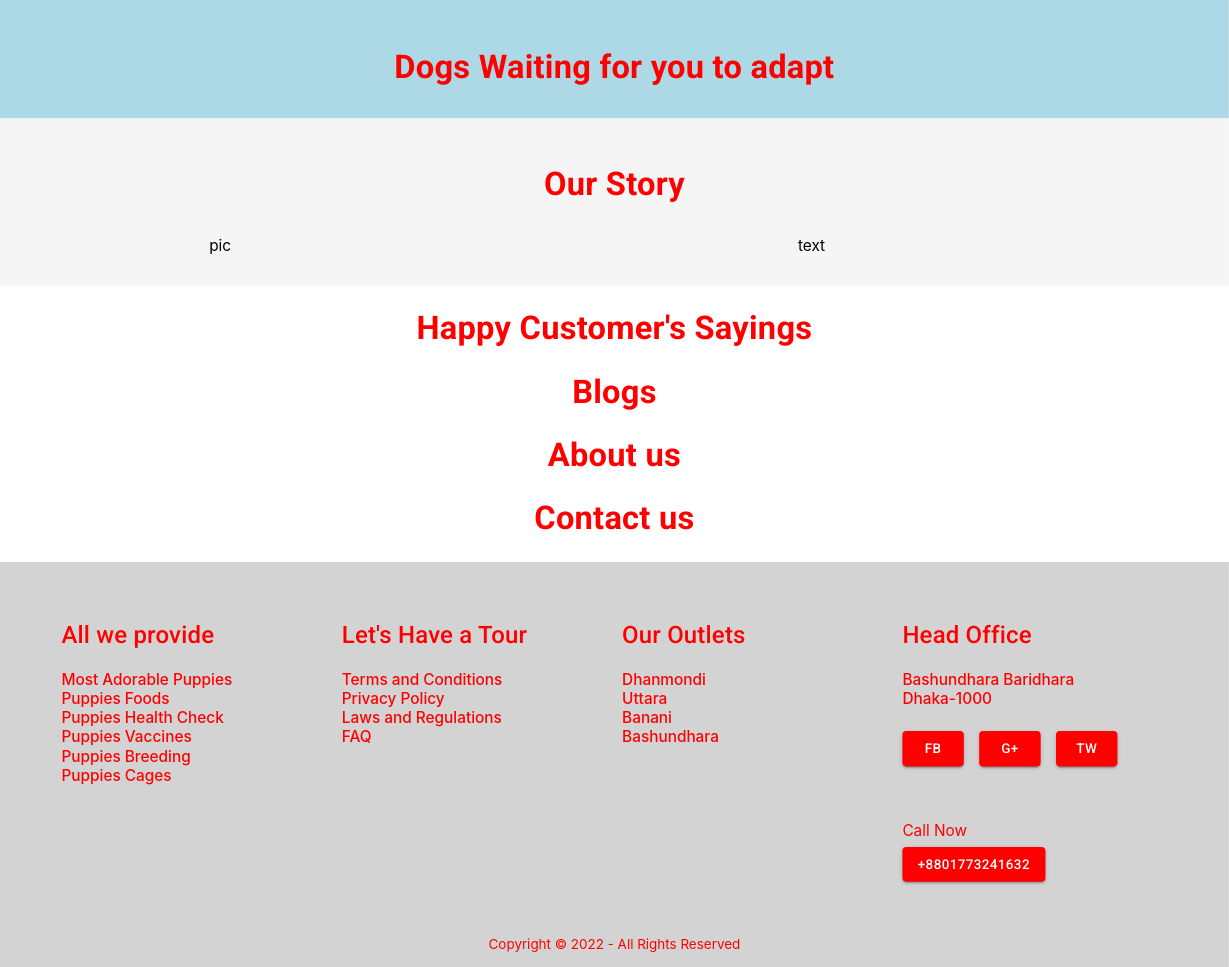
Repository: Sharif-00112/dogos-paradise-client
Page: /
The author's editor kept a copy of each file at every save. The page is drawn from the files as they stood at one save, then again after the next save.
The browser window is 1280 px wide. The pictures show the part of the page from y = 1041 to 2048 px (the page is 2048 px tall), at 96% of full size.
The page's requests for data from a server got no answer. The project was rebuilt for these pictures with package versions that can differ from the ones it lists, and the page was loaded fresh each time. Some packages were replaced by stand-ins written for this rebuild. No one was signed in, and anything a server would have sent is missing. Also part of the build but not shown: src/Pages/Home/Dog/Dog.js, src/Pages/Login/Login/Login.js, src/Pages/Login/Register/Register.js, src/Pages/NotFound/NotFound.js.

Above is the page before, as saved 2022-12-05 22:20:14.

### public/index.html
<!DOCTYPE html>
<html lang="en">
  <head>
    <meta charset="utf-8" />
    <link rel="icon" href="%PUBLIC_URL%/favicon.ico" />
    <meta name="viewport" content="width=device-width, initial-scale=1" />
    <meta name="theme-color" content="#000000" />
    <meta
      name="description"
      content="Web site created using create-react-app"
    />
    <link
      rel="stylesheet" href="https://fonts.googleapis.com/css?family=Roboto:300,400,500,700&display=swap"
    />

    <link rel="apple-touch-icon" href="%PUBLIC_URL%/logo192.png" />
    <!--
      manifest.json provides metadata used when your web app is installed on a
      user's mobile device or desktop. See https://developers.google.com/web/fundamentals/web-app-manifest/
    -->
    <link rel="manifest" href="%PUBLIC_URL%/manifest.json" />
    <!--
      Notice the use of %PUBLIC_URL% in the tags above.
      It will be replaced with the URL of the `public` folder during the build.
      Only files inside the `public` folder can be referenced from the HTML.

      Unlike "/favicon.ico" or "favicon.ico", "%PUBLIC_URL%/favicon.ico" will
      work correctly both with client-side routing and a non-root public URL.
      Learn how to configure a non-root public URL by running `npm run build`.
    -->
    <title>React App</title>
  </head>
  <body>
    <noscript>You need to enable JavaScript to run this app.</noscript>
    <div id="root"></div>
    <!--
      This HTML file is a template.
      If you open it directly in the browser, you will see an empty page.

      You can add webfonts, meta tags, or analytics to this file.
      The build step will place the bundled scripts into the <body> tag.

      To begin the development, run `npm start` or `yarn start`.
      To create a production bundle, use `npm run build` or `yarn build`.
    -->
  </body>
</html>

### src/App.js
import React  from 'react';
import './App.css';
import { BrowserRouter as Router, Route, Routes} from 'react-router-dom';
import Home from './Pages/Home/Home/Home';
import Login from './Pages/Login/Login/Login';
import Register from './Pages/Login/Register/Register';
import AuthProvider from './contexts/AuthProvider/AuthProvider';
// import PrivateRoute from './Pages/Login/PrivateRoute/PrivateRoute';
import NotFound from './Pages/NotFound/NotFound';
import Contact from './Pages/Home/Contact/Contact';
import Story from './Pages/Home/Story/Story';
import CustomerReviews from './Pages/Home/CustomerReviews/CustomerReviews';
import Blogs from './Pages/Home/Blogs/Blogs';
import About from './Pages/Home/About/About';
import Dogs from './Pages/Home/Dogs/Dogs';
// import Footer from './Pages/Shared/Footer/Footer';
// import Dashboard from './Pages/Dashboard/Dashboard/Dashboard';

function App() {
  return (
    <div className="App">
      <AuthProvider>
        <Router>
          <Routes>
            <Route exact path = '/' element={<Home/>}/>
            <Route exact path = '/home' element={<Home/>}/>
            <Route exact path = '/login' element={<Login/>}/>
            <Route exact path = '/register' element={<Register/>}/>
            <Route exact path = '/contact' element={<Contact/>}/>
            <Route exact path = '/dogs' element={<Dogs/>}/>
            <Route exact path = '/story' element={<Story/>}/>
            <Route exact path = '/reviews' element={<CustomerReviews/>}/>
            <Route exact path = '/blogs' element={<Blogs/>}/>
            <Route exact path = '/about' element={<About/>}/>
            {/* <Route exact path = '/appointment' element = {
              <PrivateRoute>
                <Appointment></Appointment>
              </PrivateRoute>
            }> </Route> */}
            {/* <Route path = 'dashboard/*' element = {
              <PrivateRoute>
                <Dashboard></Dashboard>
              </PrivateRoute>
            }> </Route> */}
            <Route path = '*' element={<NotFound/>}/>
          </Routes>
          {/* <Footer></Footer> */}
        </Router>
      </AuthProvider>
    </div>
  );
}

export default App;

### src/Pages/Home/Home/Home.js
import React from 'react';
import Footer from '../../Shared/Footer/Footer';
import Navigation from '../../Shared/Navigation/Navigation';
import About from '../About/About';
import Banner from '../Banner/Banner';
import Blogs from '../Blogs/Blogs';
import Contact from '../Contact/Contact';
import CustomerReviews from '../CustomerReviews/CustomerReviews';
import Dogs from '../Dogs/Dogs';
import Story from '../Story/Story';

const Home = () => {
    return (
        <div>
            <Navigation></Navigation>
            <Banner></Banner>
            <Dogs></Dogs>
            <Story></Story>
            <CustomerReviews></CustomerReviews>
            <Blogs></Blogs>
            <About></About>
            <Contact></Contact>
            <Footer></Footer>
        </div>
    );
};

export default Home;

### src/contexts/AuthProvider/AuthProvider.js
import React from 'react';
import { createContext } from 'react';
import useFirebase from '../../hooks/useFirebase';

//step-1-context
export const AuthContext = createContext();

const AuthProvider = (props) => {
    //step-3-context
    const {children} = props;

    //step-5-context
    const allContexts = useFirebase();

    return (
        //step-2-context
        <AuthContext.Provider value={allContexts}>
            {children}
        </AuthContext.Provider>
    );
};

export default AuthProvider;

### src/Pages/Home/Contact/Contact.js
import React from 'react';
import { Typography } from '@mui/material';

const Contact = () => {
    return (
        <div>
            <Typography sx={{ m: 3, color: 'red', fontWeight: 600 }} variant="h4" component="div">
                Contact us
            </Typography>
        </div>
    );
};

export default Contact;

### src/Pages/Home/Story/Story.js
import React from 'react';
import { Typography } from '@mui/material';
import Box from '@mui/material/Box';
import Grid from '@mui/material/Unstable_Grid2';


const Story = () => {
    return (
        <Box sx={{backgroundColor:"whitesmoke", p:4}}>
            <Typography sx={{ mt: 2, mb:4, color: 'red', fontWeight: 600 }} variant="h4" component="div">
                Our Story
            </Typography>
            <Box sx={{ flexGrow: 1 }}>
                <Grid container spacing={2}>
                    <Grid xs={6} md={4}>
                     pic
                    </Grid>
                    <Grid xs={6} md={8}>
                        text
                    </Grid>
                </Grid>
            </Box>
        </Box>
    );
};

export default Story;

### src/Pages/Home/CustomerReviews/CustomerReviews.js
import React from 'react';
import { Typography } from '@mui/material';


const CustomerReviews = () => {
    return (
        <div>
            <Typography sx={{ m: 3, color: 'red', fontWeight: 600 }} variant="h4" component="div">
                Happy Customer's Sayings
            </Typography>
        </div>
    );
};

export default CustomerReviews;

### src/Pages/Home/Blogs/Blogs.js
import React from 'react';
import { Typography } from '@mui/material';


const Blogs = () => {
    return (
        <div>
            <Typography sx={{ m: 3, color: 'red', fontWeight: 600 }} variant="h4" component="div">
                Blogs
            </Typography>
        </div>
    );
};

export default Blogs;

### src/Pages/Home/About/About.js
import React from 'react';
import { Typography } from '@mui/material';

const About = () => {
    return (
        <div>
            <Typography sx={{ m: 3, color: 'red', fontWeight: 600 }} variant="h4" component="div">
                About us
            </Typography>
        </div>
    );
};

export default About;

### src/Pages/Home/Dogs/Dogs.js
import React, { useEffect, useState } from 'react';
import Box from '@mui/material/Box';
import Grid from '@mui/material/Unstable_Grid2';
import Typography from '@mui/material/Typography';
import { Container } from '@mui/material';
import Dog from '../Dog/Dog';

// const dogs = [
//     {
//         title: "Siberian Husky",
//         age: '13',
//         breed: 'Mixed',
//         image: 'https://i.ibb.co/VV1yxdy/dog-1.jpg',
//         price: 700,
//         description: 'Lorem ipsum dolor sit amet, consectetur adipisicing elit. Quo, magni ab. Sed aut nesciunt neque laudantium culpa sit? Possimus, id.'
//     },
//     {
//         title: "German Shepherd",
//         age: '8',
//         breed: 'Mixed',
//         image: 'https://i.ibb.co/tZcvfCd/dog-2.jpg',
//         price: 700,
//         description: 'Lorem ipsum dolor sit amet, consectetur adipisicing elit. Quo, magni ab. Sed aut nesciunt neque laudantium culpa sit? Possimus, id.'
//     },
//     {
//         title: "Golden Retriever",
//         age: '5',
//         breed: 'Mixed',
//         image: 'https://i.ibb.co/YPHDzsb/dog-3.jpg',
//         price: 700,
//         description: 'Lorem ipsum dolor sit amet, consectetur adipisicing elit. Quo, magni ab. Sed aut nesciunt neque laudantium culpa sit? Possimus, id.'
//     },
//     {
//         title: "Bulldog",
//         age: '6',
//         breed: 'Mixed',
//         image: 'https://i.ibb.co/bjty4nS/dog-4.jpg',
//         price: 700,
//         description: 'Lorem ipsum dolor sit amet, consectetur adipisicing elit. Quo, magni ab. Sed aut nesciunt neque laudantium culpa sit? Possimus, id.'
//     },
//     {
//         title: "Irish Setter",
//         age: '9',
//         breed: 'Mixed',
//         image: 'https://i.ibb.co/QPSnF0t/dog-5.jpg',
//         price: 700,
//         description: 'Lorem ipsum dolor sit amet, consectetur adipisicing elit. Quo, magni ab. Sed aut nesciunt neque laudantium culpa sit? Possimus, id.'
//     },
//     {
//         title: "Brussels Griffon",
//         age: '4',
//         breed: 'Mixed',
//         image: 'https://i.ibb.co/z5kJHB2/dog-6.jpg',
//         price: 700,
//         description: 'Lorem ipsum dolor sit amet, consectetur adipisicing elit. Quo, magni ab. Sed aut nesciunt neque laudantium culpa sit? Possimus, id.'
//     },
//     {
//         title: "Newfoundland",
//         age: '15',
//         breed: 'Mixed',
//         image: 'https://i.ibb.co/mD4CtfC/dog-7.jpg',
//         price: 700,
//         description: 'Lorem ipsum dolor sit amet, consectetur adipisicing elit. Quo, magni ab. Sed aut nesciunt neque laudantium culpa sit? Possimus, id.'
//     },
//     {
//         title: "French Bulldog",
//         age: '7',
//         breed: 'Mixed',
//         image: 'https://i.ibb.co/PCQT44S/dog-8.jpg',
//         price: 700,
//         description: 'Lorem ipsum dolor sit amet, consectetur adipisicing elit. Quo, magni ab. Sed aut nesciunt neque laudantium culpa sit? Possimus, id.'
//     },
//     {
//         title: "Beagle",
//         age: '12',
//         breed: 'Mixed',
//         image: 'https://i.ibb.co/XLvC5BW/dog-9.jpg',
//         price: 700,
//         description: 'Lorem ipsum dolor sit amet, consectetur adipisicing elit. Quo, magni ab. Sed aut nesciunt neque laudantium culpa sit? Possimus, id.'
//     },
//     {
//         title: "Poodle",
//         age: '15',
//         breed: 'Mixed',
//         image: 'https://i.ibb.co/rxMv41c/dog-10.jpg',
//         price: 700,
//         description: 'Lorem ipsum dolor sit amet, consectetur adipisicing elit. Quo, magni ab. Sed aut nesciunt neque laudantium culpa sit? Possimus, id.'
//     }
// ]

const Dogs = () => {
    const [dogs, setDogs] = useState([]);

    useEffect(() => {
        fetch('http://localhost:3005/dogs')
        .then(res => res.json())
        .then(data => setDogs(data))
    }, []);

    return (
        <div>
            <Box sx={{ flexGrow: 1, backgroundColor:"lightblue", py:4 }}>
                <Container>
                    <Typography sx={{ p:3, color: 'red', fontWeight: 600 }} variant="h4" component="div">
                        Dogs Waiting for you to adapt
                    </Typography>

                    <Grid container spacing={{ xs: 2, md: 3 }} columns={{ xs: 4, sm: 8, md: 12 }}>
                        {
                            dogs.map(dog => (
                                <Grid xs={2} sm={4} md={4} key={dog._id}>
                                    <Dog
                                        key= {dog._id}
                                        dog = {dog}
                                    ></Dog>
                                </Grid>
                            ))
                        }
                    </Grid>
                </Container>
            </Box>
        </div>
    );
};

export default Dogs;

### src/Pages/Home/Banner/Banner.js
import React from 'react';
import { Typography } from '@mui/material';

const Banner = () => {
    return (
        <div>
            {/* <Typography sx={{ m: 3, color: 'red', fontWeight: 600 }} variant="h4" component="div">
                Head Banner
            </Typography> */}
            <img style={{ width: '100%'}} src="https://i.ibb.co/Mnn0NX3/dog-cover-1.jpg" alt="dog-human playing" />
            <Typography sx={{ mt: -25, mb:8, color: 'red', fontWeight: 700 }} variant="h4" component="div">
                Dogs are not only pets;
                <br /> <br />
                They are "L O V E"
            </Typography>
        </div>
    );
};

export default Banner;

### src/hooks/useAuth.js
//step-6-context

import { useContext } from "react"
import { AuthContext } from "../../src/contexts/AuthProvider/AuthProvider"

const useAuth = () =>{
    return useContext(AuthContext);
}

export default useAuth;

### src/Pages/Login/Firebase/firebase.initialize.js
import { initializeApp } from "firebase/app";
import firebaseConfig from "./firebase.config";

const initializeAuthentication = () =>{
    initializeApp(firebaseConfig);
}

export default initializeAuthentication;

### src/Pages/Login/Firebase/firebase.config.js
// console.log(process.env);

const firebaseConfig = {
  apiKey: process.env.REACT_APP_FIREBASE_API_KEY,
  authDomain: process.env.REACT_APP_FIREBASE_AUTH_DOMAIN,
  projectId: process.env.REACT_APP_FIREBASE_PROJECT_ID,
  storageBucket: process.env.REACT_APP_FIREBASE_STORAGE_BUCKET,
  messagingSenderId: process.env.REACT_APP_FIREBASE_MESSAGING_SENDER_ID,
  appId: process.env.REACT_APP_FIREBASE_APP_ID,
  measurementId: process.env.REACT_APP_FIREBASE_MEASUREMENT_ID
};

export default firebaseConfig;

// .env.local
// REACT_APP_FIREBASE_API_KEY=AIzaSyCGaQ8G2l5KeOKX4bAJ7MC19oWW_2vnTNQ
// REACT_APP_FIREBASE_AUTH_DOMAIN=dogos-paradise.firebaseapp.com
// REACT_APP_FIREBASE_PROJECT_ID=dogos-paradise
// REACT_APP_FIREBASE_STORAGE_BUCKET=dogos-paradise.appspot.com
// REACT_APP_FIREBASE_MESSAGING_SENDER_ID=824394057307
// REACT_APP_FIREBASE_APP_ID=1:824394057307:web:727ac0c86627b9544a617e
// REACT_APP_FIREBASE_MEASUREMENT_ID=G-DL8JJ6MYSD

// const firebaseConfig = {
  // apiKey: "AIzaSyCGaQ8G2l5KeOKX4bAJ7MC19oWW_2vnTNQ",
  // authDomain: "dogos-paradise.firebaseapp.com",
  // projectId: "dogos-paradise",
  // storageBucket: "dogos-paradise.appspot.com",
  // messagingSenderId: "824394057307",
  // appId: "1:824394057307:web:727ac0c86627b9544a617e",
  // measurementId: "G-DL8JJ6MYSD"
// };

Loaded but not shown: src/index.js (common file); src/index.css (common file); src/reportWebVitals.js (common file); src/App.css (common file); src/Pages/Shared/Navigation/Navigation.js (229 lines, source omitted); src/hooks/useFirebase.js (273 lines, source omitted); src/Pages/Shared/Footer/Footer.js (156 lines, source omitted)

After the next save:
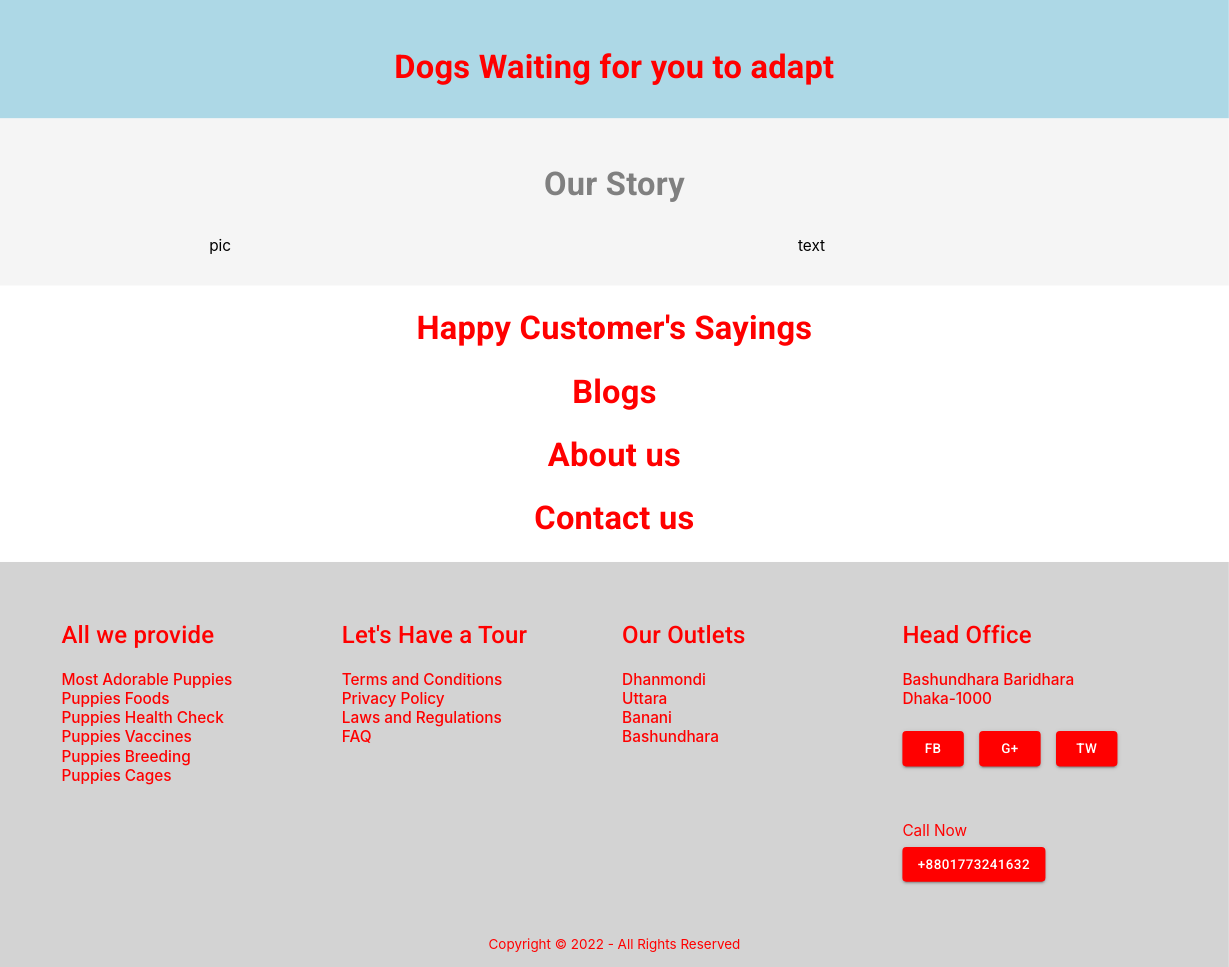
Saved 20 s later.
--- a/src/Pages/Home/Story/Story.js
+++ b/src/Pages/Home/Story/Story.js
@@ -7,7 +7,7 @@ import Grid from '@mui/material/Unstable_Grid2';
 const Story = () => {
     return (
         <Box sx={{backgroundColor:"whitesmoke", p:4}}>
-            <Typography sx={{ mt: 2, mb:4, color: 'red', fontWeight: 600 }} variant="h4" component="div">
+            <Typography sx={{ mt: 2, mb:4, color: 'gray', fontWeight: 600 }} variant="h4" component="div">
                 Our Story
             </Typography>
             <Box sx={{ flexGrow: 1 }}>
